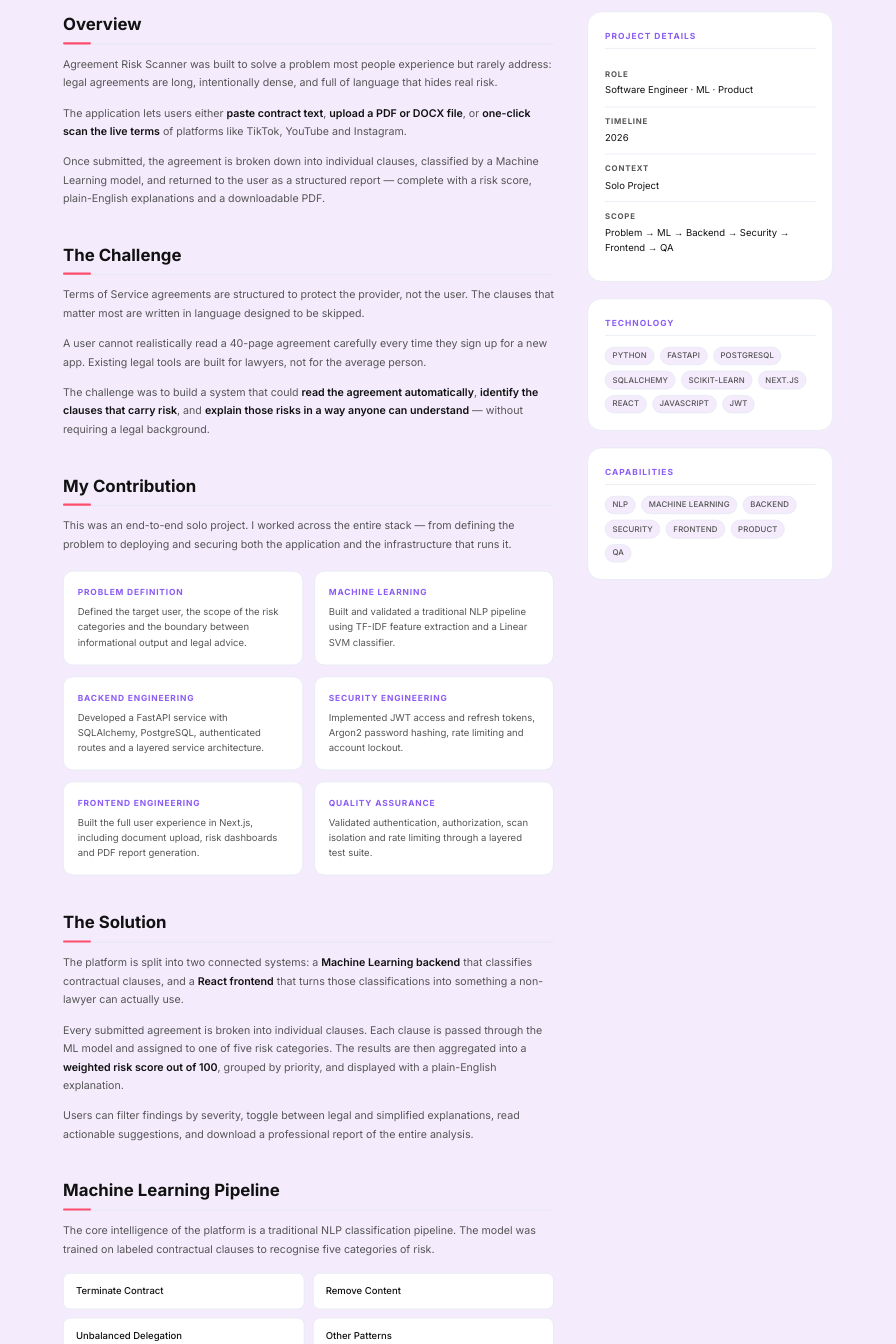
Repository: najmahares/portfolio
Page: agreement.html
An editor plug-in stored every save of this project. The page is shown before and after the next save, followed by the edit.
The browser window is 1280 px wide. The pictures show the part of the page from y = 779 to 2699 px (the page is 5853 px tall), at 70% of full size.

Above is the page before, as saved 2026-09-22 13:31:02.

### agreement.html
<!doctype html>
<html lang="en">
  <head>
    <meta charset="UTF-8" />
    <meta name="viewport" content="width=device-width, initial-scale=1.0" />
    <title>Agreement Risk Scanner | Najma Hares</title>
    <link rel="preconnect" href="https://fonts.googleapis.com" />
    <link rel="preconnect" href="https://fonts.gstatic.com" crossorigin />
    <link
      href="https://fonts.googleapis.com/css2?family=Inter:wght@300;400;500;600;700&display=swap"
      rel="stylesheet"
    />
    <link rel="stylesheet" href="css/style.css" />
  </head>

  <body>
    <nav class="navbar">
      <div class="container nav-container">
        <a href="index.html" class="logo">Najma Hares</a>
        <div class="nav-links">
          <a href="index.html">Home</a>
          <a href="index.html#about">About</a>
          <a href="index.html#skills">Skills</a>
          <a href="index.html#projects" class="active">Projects</a>
          <a href="index.html#contact">Contact</a>
        </div>
        <a
          href="https://mail.google.com/mail/?view=cm&fs=1&to=haresnajma@gmail.com&su=Hello%20Najma"
          target="_blank"
          rel="noopener noreferrer"
          class="btn btn-primary magnetic"
        >
          Let's Talk
        </a>
      </div>
    </nav>

    <main class="container section">
      <div class="breadcrumbs reveal">
        <a href="index.html">Home</a> /
        <a href="index.html#projects">Projects</a> /
        <span>Agreement Risk Scanner</span>
      </div>

      <a href="index.html#projects" class="btn btn-outline back-btn reveal">
        ← Back to Projects
      </a>

      <header class="project-header card reveal">
        <div class="project-header-content">
          <span class="badge">FEATURED PROJECT · 2026</span>
          <h1>Agreement Risk Scanner</h1>
          <p class="project-subtitle">
            Full-Stack NLP Application for Contract Risk Analysis
          </p>
          <p>
            Agreement Risk Scanner is a full-stack NLP application that helps
            everyday users understand the hidden risks buried inside Terms of
            Service agreements. It was inspired by the reality that most people
            click "I Agree" without reading the fine print.
          </p>
          <div class="hero-buttons">
            <a
              href="https://tos-risk-agreement-scanner.vercel.app/"
              target="_blank"
              rel="noopener noreferrer"
              class="btn btn-primary magnetic"
            >
              View Live App →
            </a>
            <a
              href="https://agreement-scanner-backend.onrender.com/docs"
              target="_blank"
              rel="noopener noreferrer"
              class="btn btn-outline magnetic"
            >
              View API Documentation
            </a>
          </div>
        </div>
        <div class="project-header-img tilt-card">
          <img
            src="assets/portfolio-agreement.png"
            alt="Agreement Risk Scanner"
          />
        </div>
      </header>

      <div class="project-layout">
        <div class="project-main">
          <section class="project-section reveal">
            <h2>Overview</h2>
            <p>
              Agreement Risk Scanner was built to solve a problem most people
              experience but rarely address: legal agreements are long,
              intentionally dense, and full of language that hides real risk.
            </p>
            <p>
              The application lets users either
              <strong>paste contract text</strong>,
              <strong>upload a PDF or DOCX file</strong>, or
              <strong>one-click scan the live terms</strong> of platforms like
              TikTok, YouTube and Instagram.
            </p>
            <p>
              Once submitted, the agreement is broken down into individual
              clauses, classified by a Machine Learning model, and returned to
              the user as a structured report — complete with a risk score,
              plain-English explanations and a downloadable PDF.
            </p>
          </section>

          <section class="project-section reveal">
            <h2>The Challenge</h2>
            <p>
              Terms of Service agreements are structured to protect the
              provider, not the user. The clauses that matter most are written
              in language designed to be skipped.
            </p>
            <p>
              A user cannot realistically read a 40-page agreement carefully
              every time they sign up for a new app. Existing legal tools are
              built for lawyers, not for the average person.
            </p>
            <p>
              The challenge was to build a system that could
              <strong>read the agreement automatically</strong>,
              <strong>identify the clauses that carry risk</strong>, and
              <strong
                >explain those risks in a way anyone can understand</strong
              >
              — without requiring a legal background.
            </p>
          </section>

          <section class="project-section reveal">
            <h2>My Contribution</h2>
            <p>
              This was an end-to-end solo project. I worked across the entire
              stack — from defining the problem to deploying and securing both
              the application and the infrastructure that runs it.
            </p>
            <div class="contribution-grid">
              <div class="feature-item tilt-card">
                <strong>Problem Definition</strong>
                <span
                  >Defined the target user, the scope of the risk categories and
                  the boundary between informational output and legal
                  advice.</span
                >
              </div>
              <div class="feature-item tilt-card">
                <strong>Machine Learning</strong>
                <span
                  >Built and validated a traditional NLP pipeline using TF-IDF
                  feature extraction and a Linear SVM classifier.</span
                >
              </div>
              <div class="feature-item tilt-card">
                <strong>Backend Engineering</strong>
                <span
                  >Developed a FastAPI service with SQLAlchemy, PostgreSQL,
                  authenticated routes and a layered service architecture.</span
                >
              </div>
              <div class="feature-item tilt-card">
                <strong>Security Engineering</strong>
                <span
                  >Implemented JWT access and refresh tokens, Argon2 password
                  hashing, rate limiting and account lockout.</span
                >
              </div>
              <div class="feature-item tilt-card">
                <strong>Frontend Engineering</strong>
                <span
                  >Built the full user experience in Next.js, including document
                  upload, risk dashboards and PDF report generation.</span
                >
              </div>
              <div class="feature-item tilt-card">
                <strong>Quality Assurance</strong>
                <span
                  >Validated authentication, authorization, scan isolation and
                  rate limiting through a layered test suite.</span
                >
              </div>
            </div>
          </section>

          <section class="project-section reveal">
            <h2>The Solution</h2>
            <p>
              The platform is split into two connected systems: a
              <strong>Machine Learning backend</strong> that classifies
              contractual clauses, and a <strong>React frontend</strong> that
              turns those classifications into something a non-lawyer can
              actually use.
            </p>
            <p>
              Every submitted agreement is broken into individual clauses. Each
              clause is passed through the ML model and assigned to one of five
              risk categories. The results are then aggregated into a
              <strong>weighted risk score out of 100</strong>, grouped by
              priority, and displayed with a plain-English explanation.
            </p>
            <p>
              Users can filter findings by severity, toggle between legal and
              simplified explanations, read actionable suggestions, and download
              a professional report of the entire analysis.
            </p>
          </section>

          <section class="project-section reveal">
            <h2>Machine Learning Pipeline</h2>
            <p>
              The core intelligence of the platform is a traditional NLP
              classification pipeline. The model was trained on labeled
              contractual clauses to recognise five categories of risk.
            </p>
            <div class="features-grid">
              <div class="feature-item tilt-card">Terminate Contract</div>
              <div class="feature-item tilt-card">Remove Content</div>
              <div class="feature-item tilt-card">Unbalanced Delegation</div>
              <div class="feature-item tilt-card">Other Patterns</div>
              <div class="feature-item tilt-card">Fair / Standard</div>
            </div>
            <p>
              The pipeline uses
              <strong
                >TF-IDF (Term Frequency–Inverse Document Frequency)</strong
              >
              to convert raw clause text into numerical vectors. Those vectors
              are then classified by a
              <strong>Linear Support Vector Machine</strong>.
            </p>
            <p>
              I deliberately chose a traditional ML approach over an LLM or deep
              learning model. For a narrow, supervised classification problem
              like this, TF-IDF + SVM provides high accuracy at a fraction of
              the computational cost.
            </p>
          </section>

          <section class="project-section reveal">
            <h2>Security Engineering</h2>
            <p>
              Because the platform handles user accounts, contracts and
              authentication, security was treated as a first-class concern.
            </p>
            <div class="features-grid">
              <div class="feature-item tilt-card">
                <strong>Argon2 Hashing</strong>
                <span
                  >Passwords stored using memory-hard Argon2 hashing resistant
                  to GPU-based brute-force attacks.</span
                >
              </div>
              <div class="feature-item tilt-card">
                <strong>JWT Access &amp; Refresh</strong>
                <span
                  >Short-lived access tokens paired with refresh tokens for
                  secure, seamless sessions.</span
                >
              </div>
              <div class="feature-item tilt-card">
                <strong>Rate Limiting</strong>
                <span
                  >Authentication endpoints limited to prevent automated
                  brute-force attempts.</span
                >
              </div>
              <div class="feature-item tilt-card">
                <strong>Account Lockout</strong>
                <span
                  >Accounts temporarily locked after repeated failed login
                  attempts.</span
                >
              </div>
              <div class="feature-item tilt-card">
                <strong>Anti-Enumeration</strong>
                <span
                  >Generic error responses prevent attackers from discovering
                  which emails are registered.</span
                >
              </div>
              <div class="feature-item tilt-card">
                <strong>Input Validation</strong>
                <span
                  >Password strength, file type signatures and payload sizes
                  validated before processing.</span
                >
              </div>
            </div>
          </section>

          <section class="project-section reveal">
            <h2>Engineering</h2>
            <p>
              The backend is built with <strong>FastAPI</strong> and follows a
              layered architecture separating routing, services, repositories
              and schemas.
            </p>
            <p>
              The frontend is built with <strong>Next.js</strong> using the App
              Router, with route-level protection, context-based authentication
              and a component-driven UI. Document parsing for PDF and DOCX files
              happens entirely client-side.
            </p>
            <p>
              Both halves are deployed independently — the backend on
              <strong>Render</strong> with a PostgreSQL database, and the
              frontend on <strong>Vercel</strong>.
            </p>
          </section>

          <section class="project-section reveal">
            <h2>Quality Assurance</h2>
            <p>
              The application was validated through a layered testing strategy
              covering the ML pipeline, authentication, authorization and
              security behaviour.
            </p>
            <div class="features-grid">
              <div class="feature-item tilt-card">ML Pipeline Validation</div>
              <div class="feature-item tilt-card">Pytest API Testing</div>
              <div class="feature-item tilt-card">
                Authentication Flow Tests
              </div>
              <div class="feature-item tilt-card">
                Cross-User Isolation Tests
              </div>
              <div class="feature-item tilt-card">Rate Limiting Tests</div>
              <div class="feature-item tilt-card">
                Manual End-to-End Testing
              </div>
            </div>
          </section>

          <section class="project-section reveal">
            <h2>Key Features</h2>
            <div class="features-grid">
              <div class="feature-item tilt-card">
                One-Click Popular Agreement Scan
              </div>
              <div class="feature-item tilt-card">
                PDF, DOCX &amp; Text Upload
              </div>
              <div class="feature-item tilt-card">
                URL-Based Agreement Scraping
              </div>
              <div class="feature-item tilt-card">Weighted Risk Score</div>
              <div class="feature-item tilt-card">
                Plain-English Explanations
              </div>
              <div class="feature-item tilt-card">
                Actionable Recommendations
              </div>
              <div class="feature-item tilt-card">Professional PDF Report</div>
              <div class="feature-item tilt-card">
                Scan History &amp; Management
              </div>
            </div>
          </section>

          <section class="project-section reveal">
            <h2>Project Artifacts</h2>
            <p>
              Explore the live application, backend API and source code behind
              Agreement Risk Scanner.
            </p>
            <div class="artifact-list">
              <a
                href="https://agreement-scanner-frontend.vercel.app"
                target="_blank"
                rel="noopener noreferrer"
                class="artifact-item"
              >
                <span>Live Application</span><span>↗</span>
              </a>
              <a
                href="https://agreement-scanner-backend.onrender.com/docs"
                target="_blank"
                rel="noopener noreferrer"
                class="artifact-item"
              >
                <span>Backend API Documentation</span><span>↗</span>
              </a>
              <a
                href="https://github.com/najmahares/Agreement-Scanner-Backend"
                target="_blank"
                rel="noopener noreferrer"
                class="artifact-item"
              >
                <span>Backend Repository</span><span>↗</span>
              </a>
              <a
                href="https://github.com/najmahares/Agreement-Scanner-Frontend"
                target="_blank"
                rel="noopener noreferrer"
                class="artifact-item"
              >
                <span>Frontend Repository</span><span>↗</span>
              </a>
            </div>
          </section>
        </div>

        <aside class="project-sidebar reveal">
          <div class="sidebar-widget tilt-card">
            <h3>Project Details</h3>
            <ul class="details-list">
              <li><span>Role</span>Software Engineer · ML · Product</li>
              <li><span>Timeline</span>2026</li>
              <li><span>Context</span>Solo Project</li>
              <li>
                <span>Scope</span>Problem → ML → Backend → Security → Frontend →
                QA
              </li>
            </ul>
          </div>
          <div class="sidebar-widget tilt-card">
            <h3>Technology</h3>
            <div class="tech-stack">
              <span class="badge-sm">Python</span>
              <span class="badge-sm">FastAPI</span>
              <span class="badge-sm">PostgreSQL</span>
              <span class="badge-sm">SQLAlchemy</span>
              <span class="badge-sm">Scikit-learn</span>
              <span class="badge-sm">Next.js</span>
              <span class="badge-sm">React</span>
              <span class="badge-sm">JavaScript</span>
              <span class="badge-sm">JWT</span>
            </div>
          </div>
          <div class="sidebar-widget tilt-card">
            <h3>Capabilities</h3>
            <div class="tech-stack">
              <span class="badge-sm">NLP</span>
              <span class="badge-sm">Machine Learning</span>
              <span class="badge-sm">Backend</span>
              <span class="badge-sm">Security</span>
              <span class="badge-sm">Frontend</span>
              <span class="badge-sm">Product</span>
              <span class="badge-sm">QA</span>
            </div>
          </div>
        </aside>
      </div>

      <div class="project-nav reveal">
        <a href="index.html#projects" class="link-arrow"
          >← Back to All Projects</a
        >
        <a href="praxis.html" class="link-arrow">Next: PRAXIS →</a>
      </div>
    </main>

    <footer id="contact" class="footer">
      <div class="container">
        <div class="footer-hero reveal">
          <h2 class="footer-headline">
            HAVE AN <span class="footer-headline-underline">IDEA</span>?
            <span class="footer-headline-italic">tell me about it.</span>
          </h2>

          <a
            href="mailto:haresnajma@gmail.com"
            class="footer-badge"
            aria-label="Send me an email"
          >
            <svg viewBox="0 0 200 200" class="footer-badge-text">
              <defs>
                <path
                  id="circlePath"
                  d="M 100, 100 m -75, 0 a 75,75 0 1,1 150,0 a 75,75 0 1,1 -150,0"
                />
              </defs>
              <text>
                <textPath href="#circlePath" startOffset="0%">
                  GET IN TOUCH • AVAILABLE FOR PROJECTS • GET IN TOUCH •
                  AVAILABLE FOR PROJECTS •
                </textPath>
              </text>
            </svg>
            <span class="footer-badge-icon">↗</span>
          </a>
        </div>

        <div class="footer-contacts reveal">
          <a href="mailto:haresnajma@gmail.com" class="contact-link">
            <span class="contact-label">Email Me</span>
            <span class="contact-value">haresnajma@gmail.com</span>
            <span class="contact-arrow">↗</span>
          </a>
          <a
            href="#"
            target="_blank"
            rel="noopener noreferrer"
            class="contact-link"
          >
            <span class="contact-label">My GitHub</span>
            <span class="contact-value">github.com/najmahares</span>
            <span class="contact-arrow">↗</span>
          </a>
          <a
            href="#"
            target="_blank"
            rel="noopener noreferrer"
            class="contact-link"
          >
            <span class="contact-label">LinkedIn</span>
            <span class="contact-value">linkedin.com/in/najmahares</span>
            <span class="contact-arrow">↗</span>
          </a>
        </div>
      </div>

      <div class="container footer-bottom">
        <p>&copy; 2026 Najma Hares Muhumed. All rights reserved.</p>
      </div>
    </footer>

    <script src="js/main.js"></script>
  </body>
</html>

Loaded but not shown: js/main.js (72 lines, source omitted); css/style.css (1396 lines, source omitted)

After the next save:
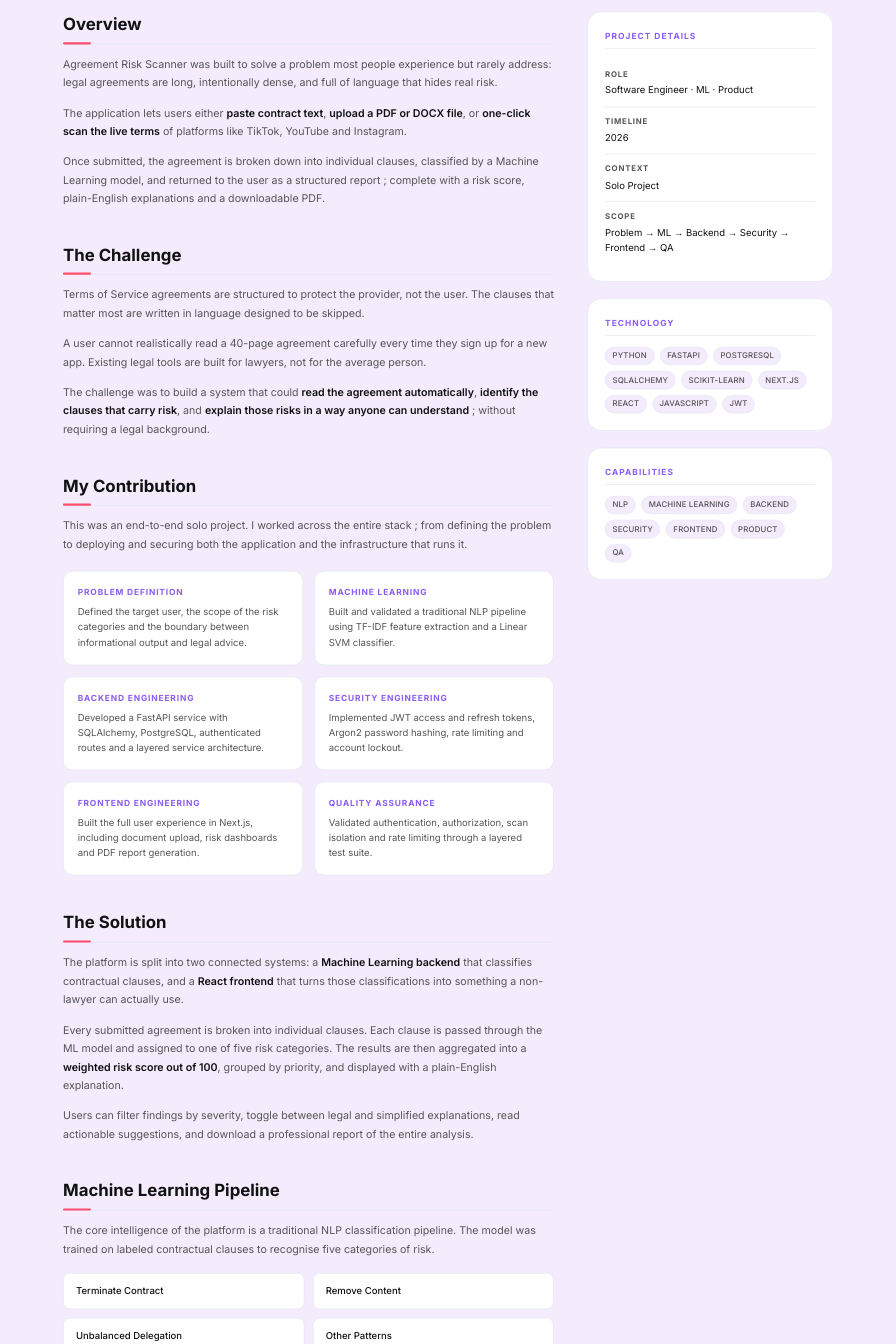
Saved 8 min 6 s later.
--- a/agreement.html
+++ b/agreement.html
@@ -105,7 +105,7 @@
             <p>
               Once submitted, the agreement is broken down into individual
               clauses, classified by a Machine Learning model, and returned to
-              the user as a structured report — complete with a risk score,
+              the user as a structured report ; complete with a risk score,
               plain-English explanations and a downloadable PDF.
             </p>
           </section>
@@ -129,7 +129,7 @@
               <strong
                 >explain those risks in a way anyone can understand</strong
               >
-              — without requiring a legal background.
+              ; without requiring a legal background.
             </p>
           </section>
 
@@ -137,7 +137,7 @@
             <h2>My Contribution</h2>
             <p>
               This was an end-to-end solo project. I worked across the entire
-              stack — from defining the problem to deploying and securing both
+              stack ; from defining the problem to deploying and securing both
               the application and the infrastructure that runs it.
             </p>
             <div class="contribution-grid">
@@ -307,7 +307,7 @@
               happens entirely client-side.
             </p>
             <p>
-              Both halves are deployed independently — the backend on
+              Both halves are deployed independently ; the backend on
               <strong>Render</strong> with a PostgreSQL database, and the
               frontend on <strong>Vercel</strong>.
             </p>
